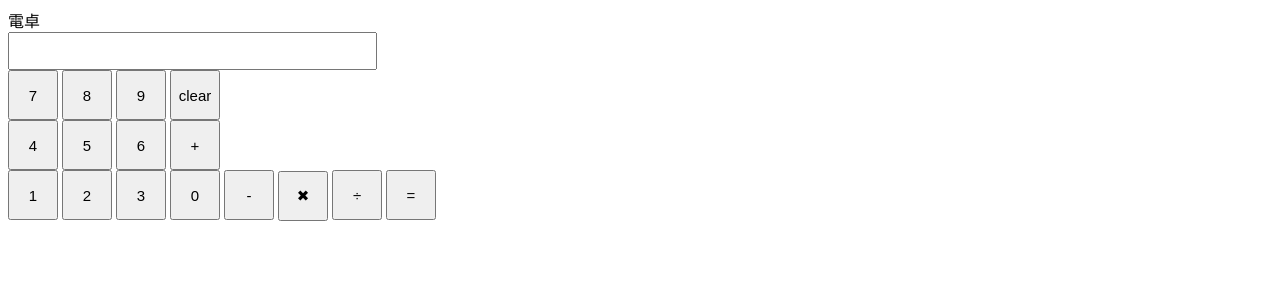
Repository: U-dias/work3
Page: 実践課題(電卓)/index.html
The author's editor kept a record of every edit. The page is drawn from the files as they stood at one moment, then again after the next edit.
The browser window is 1280 px wide. The pictures show the whole page.

Above is the page before.

### 実践課題(電卓)/index.html
<!DOCTYPE html>
 <meta charset="utf-8">
 <html>
  <link rel="stylesheet" href="main.css">
  <body>
 <div>電卓</div>
 <input style="font-size: 28px; text-align: right;"/><br />
 <script>
   function update(_v){
     document.querySelector('input').value = _v
   }
   function append(_v){
     document.querySelector('input').value += _v
   }
   function calc(){
        const v = document.querySelector( 'input' ).value
        try{
        const f = new Function( 'return ' + v )
        update( f().toString() )}
        catch( _error){
          update( _error)
        }
}
 </script>
 <button onclick="append('7')">7</button>
 <button onclick="append('8')">8</button>
 <button onclick="append('9')">9</button>
 <button onclick="update(' ')">clear</button><br />

 <button onclick="append('4')">4</button>
 <button onclick="append('5')">5</button>
 <button onclick="append('6')">6</button>
 <button onclick="append('+')">+</button><br />

 <button onclick="append('1')">1</button>
 <button onclick="append('2')">2</button>
 <button onclick="append('3')">3</button>

 <button onclick="append('0')">0</button>

 <button onclick="append('-')">-</button>
 <button onclick="append('*')">✖︎</button>
 <button onclick="append('/')">÷</button>

 <button onclick="calc()">=</button>

 </body></html>

### 実践課題(電卓)/main.css
button {
  width:50px;
  height:50px;
  font-size:15px;
}

After the next edit:
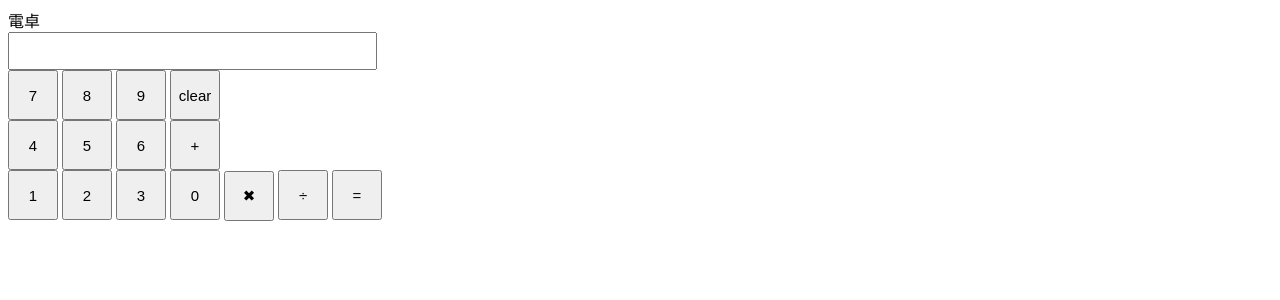
The edit:
--- a/実践課題(電卓)/index.html
+++ b/実践課題(電卓)/index.html
@@ -38,7 +38,6 @@
 
  <button onclick="append('0')">0</button>
 
- <button onclick="append('-')">-</button>
  <button onclick="append('*')">✖︎</button>
  <button onclick="append('/')">÷</button>
 
